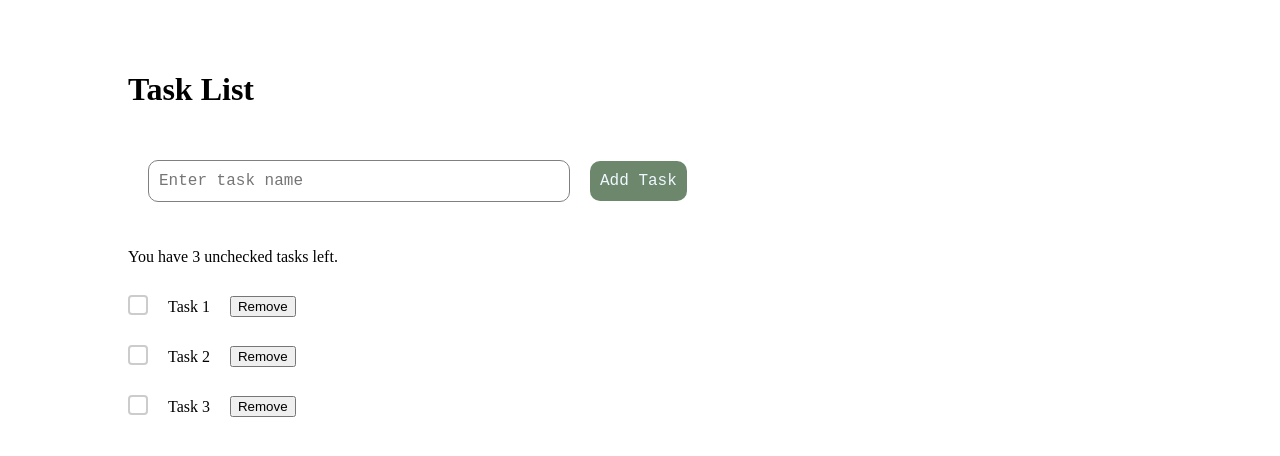
Repository: SandyLy453/task-list
Page: /
An editor plug-in stored every save of this project. The page is shown before and after the next save, followed by the edit.
The browser window is 1280 px wide. The pictures show the whole page.
The project was rebuilt for these pictures with package versions that can differ from the ones it lists, and the page was loaded fresh each time. Also part of the build but not shown: vite.config.js.

Above is the page before, as saved 2024-10-11 15:30:55.

After the next save:
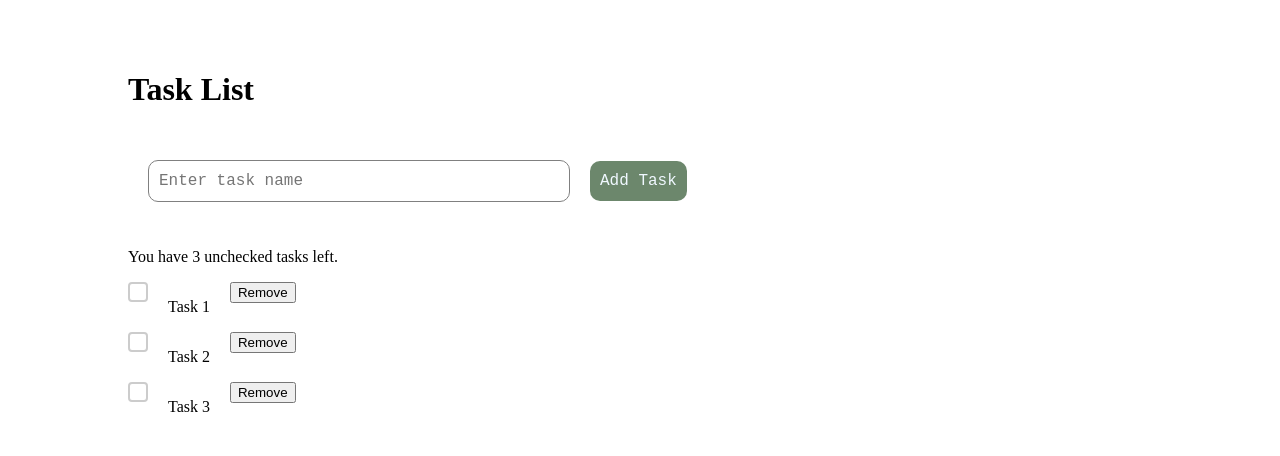
Saved 13 s later.
--- a/src/index.css
+++ b/src/index.css
@@ -36,7 +36,7 @@
 .task {
   display: flex;
   flex-direction: row;
-  align-items: center;
+  align-items: flex-start;
   gap: 20px;
 }
 

After the save that followed:
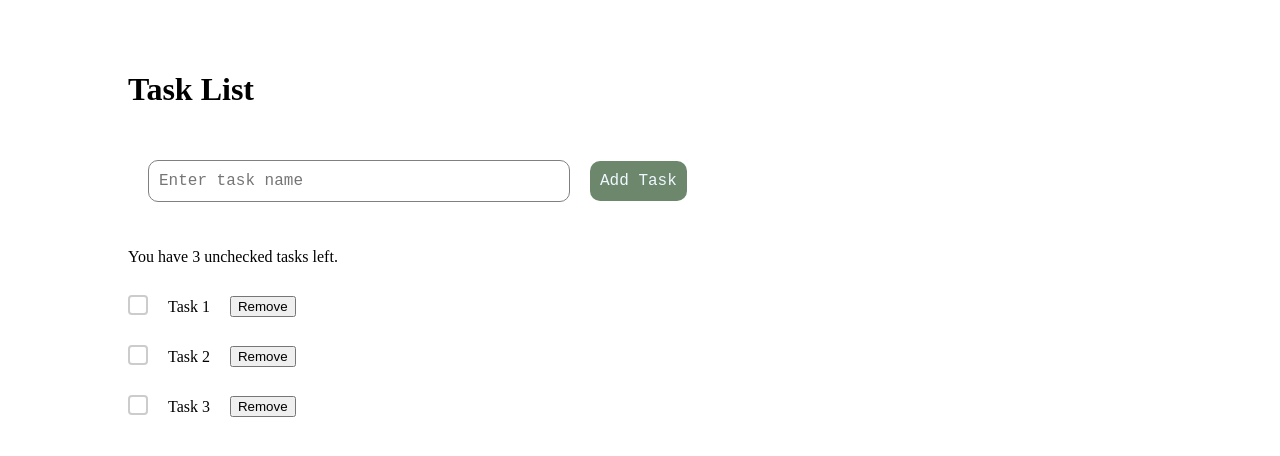
Saved 24 s later.
--- a/src/index.css
+++ b/src/index.css
@@ -36,7 +36,7 @@
 .task {
   display: flex;
   flex-direction: row;
-  align-items: flex-start;
+  align-items: center;
   gap: 20px;
 }
 
@@ -49,7 +49,7 @@
   border-radius: 4px;
   cursor: pointer;
   position: relative;
-  margin: auto;
+  margin: 10px 0;
 }
 
 .checkBox:checked {
